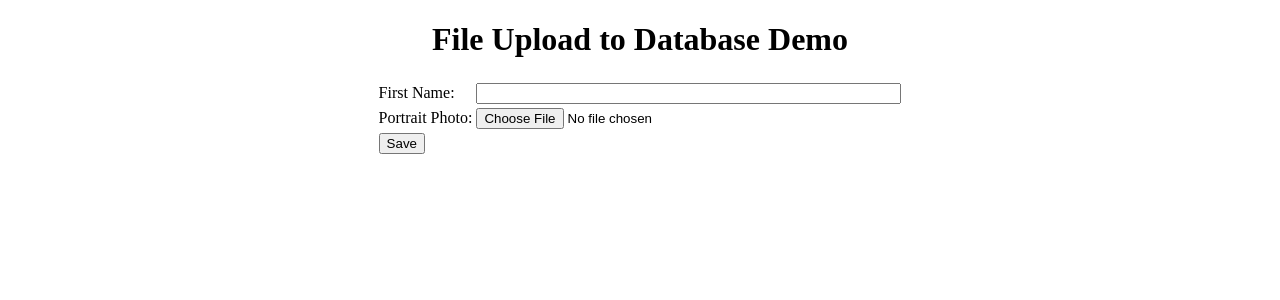
Repository: jungmintaeng/mini-ucampus
Page: http://localhost/ucam/UpSetting.jsp
An editor plug-in stored every save of this project. The page is shown before and after the next save, followed by the edit.
The browser window is 1280 px wide. The pictures show the whole page.
The page is served by Tomcat 9. Other server files are loaded and not shown.

Above is the page before, as saved 2016-06-11 03:38:57.

### ucam/WebContent/UpSetting.jsp
<%@ page language="java" contentType="text/html; charset=ISO-8859-1"
    pageEncoding="ISO-8859-1"%>
<!DOCTYPE html PUBLIC "-//W3C//DTD HTML 4.01 Transitional//EN" "http://www.w3.org/TR/html4/loose.dtd">
<html>
<head>
<head>
<meta http-equiv="Content-Type" content="text/html; charset=ISO-8859-1">
<title>File Upload to Database Demo</title>
</head>
<body>
    <center>
        <h1>File Upload to Database Demo</h1>
        <form method="post" action="uploadServlet" enctype="multipart/form-data">
            <table border="0">
                <tr>
                    <td>First Name: </td>
                    <td><input type="text" name="fileName" size="50"/></td>
                </tr>
                <tr>
                    <td>Portrait Photo: </td>
                    <td><input type="file" name="file" size="50"/></td>
                </tr>
                <tr>
                    <td colspan="2">
                        <input type="submit" value="Save">
                    </td>
                </tr>
            </table>
        </form>
    </center>
</body>
</html>

After the next save:
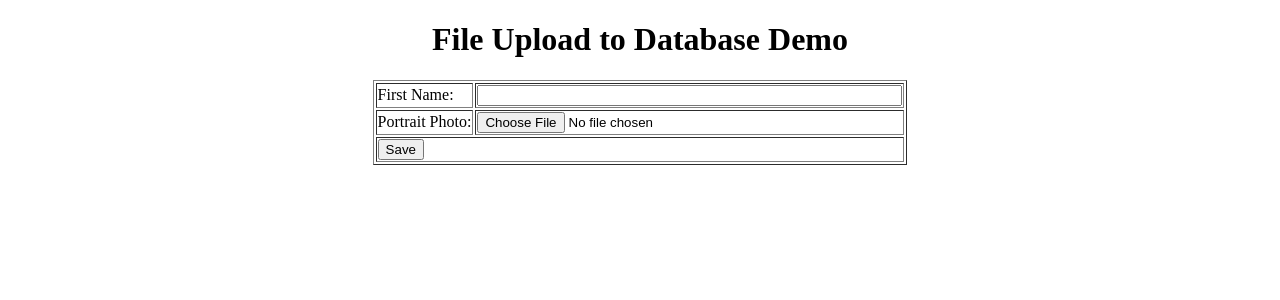
Saved 32 s later.
--- a/ucam/WebContent/UpSetting.jsp
+++ b/ucam/WebContent/UpSetting.jsp
@@ -11,7 +11,7 @@
     <center>
         <h1>File Upload to Database Demo</h1>
         <form method="post" action="uploadServlet" enctype="multipart/form-data">
-            <table border="0">
+            <table border="1">
                 <tr>
                     <td>First Name: </td>
                     <td><input type="text" name="fileName" size="50"/></td>
